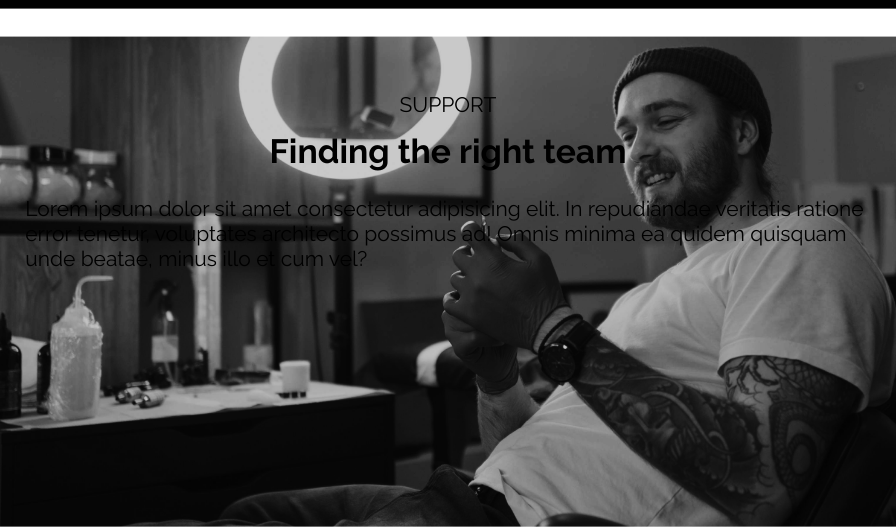
Repository: OmniaRafat232111121/tatto
Page: /
An editor plug-in stored every save of this project. The page is shown before and after a run of saves, followed by the edit.
The browser window is 1280 px wide. The pictures show the part of the page from y = 2185 to 4105 px (the page is 2938 px tall before and 4105 px after), at 70% of full size.
Some web fonts or font styles are not loaded; a fallback is used. The project was rebuilt for these pictures with package versions that can differ from the ones it lists, and the page was loaded fresh each time. Also part of the build but not shown: src/components/GallerySection.js, src/components/Skills.js, src/components/Interview.js, src/components/Testimonial.js, src/components/Contact.js, src/components/Footer.js, src/components/Copyright.js.

Above is the page before, as saved 2022-11-01 03:36:06.

### public/index.html
<!DOCTYPE html>
<html lang="en">
  <head>
    <meta charset="utf-8" />
    <link rel="icon" href="%PUBLIC_URL%/favicon.ico" />
    <meta name="viewport" content="width=device-width, initial-scale=1" />
    <meta name="theme-color" content="#000000" />
    <meta
      name="description"
      content="Web site created using create-react-app"
    />
    <link rel="apple-touch-icon" href="%PUBLIC_URL%/logo192.png" />
    <!--
      manifest.json provides metadata used when your web app is installed on a
      user's mobile device or desktop. See https://developers.google.com/web/fundamentals/web-app-manifest/
    -->
    <link rel="manifest" href="%PUBLIC_URL%/manifest.json" />
    <!--
      Notice the use of %PUBLIC_URL% in the tags above.
      It will be replaced with the URL of the `public` folder during the build.
      Only files inside the `public` folder can be referenced from the HTML.

      Unlike "/favicon.ico" or "favicon.ico", "%PUBLIC_URL%/favicon.ico" will
      work correctly both with client-side routing and a non-root public URL.
      Learn how to configure a non-root public URL by running `npm run build`.
    -->
    <title>Void Tattos</title>
    <!-- google fonts -->
    <link rel="preconnect" href="https://fonts.googleapis.com" />
    <link rel="preconnect" href="https://fonts.gstatic.com" crossorigin />
    <link
      href="https://fonts.googleapis.com/css2?family=Oswald:wght@200;300;400;500;600;700&family=Raleway:ital,wght@0,100;0,200;0,300;0,400;0,500;0,600;0,700;0,800;0,900;1,100;1,200;1,300;1,400;1,500;1,600;1,700;1,800;1,900&family=Rozha+One&display=swap"
      rel="stylesheet"
    />
  </head>
  <body>
    <noscript>You need to enable JavaScript to run this app.</noscript>
    <div id="root"></div>
    <!--
      This HTML file is a template.
      If you open it directly in the browser, you will see an empty page.

      You can add webfonts, meta tags, or analytics to this file.
      The build step will place the bundled scripts into the <body> tag.

      To begin the development, run `npm start` or `yarn start`.
      To create a production bundle, use `npm run build` or `yarn build`.
    -->
  </body>
</html>

### src/index.css
@tailwind base;
@tailwind components;
@tailwind utilities;

/* apply some general styles */
@layer base {
  body {
    @apply font-secondary text-lg text-dark  bg-[#E5E5E5];
  }
  .section {
    @apply py-[40px] lg:py-[160px];
  }
  .link {
    @apply uppercase font-primary tracking-[0.08em];
  }
  .h1 {
    @apply text-[60px] lg:text-[118px] tracking-[-2px] leading-none font-tertiary mb-4;
  }
  .h2 {
    @apply text-[40px] xl:text-[85px] text-dark uppercase font-primary max-w-[236px] leading-none mb-[38px];
  }
  /* buttons */
  .btn {
    @apply font-primary text-lg tracking-[0.08em] uppercase px-[40px] transition-all duration-300 flex items-center gap-x-[10px];
  }
  .btn-sm {
    @apply h-[55px];
  }
  .btn-lg {
    @apply h-[67px];
  }
  .btn-outline {
    @apply border border-white/70 bg-none hover:bg-white hover:text-dark;
  }
  .btn-dark {
    @apply bg-dark hover:bg-dark/90 transition-all text-white;
  }
  .btn-link {
    @apply px-0 h-auto text-dark hover:text-dark/90 transition-all;
  }
}

### src/App.js
import React from 'react';

// import components
import Hero from './components/Hero';
import Header from './components/Header';
import About from './components/About';
import GallerySection from './components/GallerySection';
import Skills from './components/Skills';
import Interview from './components/Interview';
import Testimonial from './components/Testimonial';
import Contact from './components/Contact';
import Footer from './components/Footer';
import Copyright from './components/Copyright';
import Analytics from './components/Analytics';
import Support from './components/Support';
import Flex from './components/flex';

const App = () => {
  return (
    <div className='max-w-[1920px] mx-auto overflow-hidden bg-white'>
      <Header/>
      <Hero />
      <About/>
     <Analytics/>
     <Support/>
     <Flex/>

      {/* <div className='h-[4000px]'></div> */}
    </div>
  );
};

export default App;

### src/components/Hero.js
import React from 'react';
// import data
import { heroData } from '../data';
// import motion
import { motion } from 'framer-motion';
// import variants
import { fadeIn } from '../variants';

const container = {
  hidden: {},
  show: {
    transition: {
      staggerChildren: 0.1,
      delayChildren: 0.6,
    },
  },
};
const Hero = () => {
  //destructring
  const {title,subtitle,btnText,btnIcon}=heroData;
  return (
   <section className='bg-hero bg-cover min-h-[40vh] lg:h-[984px] bg-no-repeat relative mt-[120px] lg:mt-[150px]'>
   <motion.div variants={container}
   initial='hidden'
   whileInView={'show'}
   className='container mx-auto min-h-[40vh]min-h-[40vh] lg:h-full flex items-center justify-center xl:justify-end'
   >
   {/*text&btn*/}
   <div className='text-white text-center lg:text-left lg:max-w-[640px]'>
   <motion.h1
   variants={fadeIn('up')}
   className='h1'>
     {title}
   </motion.h1>
   <motion.p
   variants={fadeIn('down')}
   className='mb-8 lg:mb-16 max-w-lg leading-relaxed sm:p-3'
 >
   {subtitle}
 </motion.p>
 {/*btn*/}
 <motion.div
 variants={fadeIn('down')}
 className='flex'
 >
 <button className='btn btn-sm lg:btn-lg  sm:btn-sm btn-outline flex items-center justify-center max-auto lg:mx-0 sm:p-4 text-center'>
 {btnText}
 <div className='text-xl'>{btnIcon}</div>
 </button>
 </motion.div>
   </div>
   </motion.div>
       {/* outline text */}
   </section>
  )
}

export default Hero

### src/components/Header.js
import React, { useState, useEffect } from 'react';
// import header data
import { headerData } from '../data';
// import components
import Nav from './Nav';
import NavMobile from './NavMobile';
import Socials from './Socials';
// import icons
import { TiThMenuOutline } from 'react-icons/ti';

const Header = () => {
const {logo}=headerData;
const [isActive,setIsActive]=useState(false);
const [navMobile,setNavMobile]=useState(false);
//scrollevent
useEffect(()=>{
  window.addEventListener('scroll',()=>{
    window.scrollY >50 ?setIsActive(true):setIsActive(false)
  })
})
  return (
    <header
      className={`${
        isActive ? 'h-[100px] lg:h-[110px] bg-black text-gray-300': 'h-[120px] lg:h-[150px] '
      }  bg-white fixed left-0 right-0 z-10 max-w-full w-full mx-auto transition-all duration-300`}
      >
      <div className='flex justify-between items-center h-full pl-[50px] pr-[60px]'>
        {/* logo */}
        <a href='/'>
          <img className='w-[150-px] h-[90px]' src={logo} alt='' />
        </a>
        {/* nav - initially is hidden - show on desktop*/}
        <div className='hidden xl:flex'>
          <Nav />
        </div>
         {/* nav menu btn - is showing by default - hidden on desktop mode */}
         <div
         onClick={()=>setNavMobile(!navMobile)}
         className='xl:hidden absolute right-[5%] bg-dark p-2 rounded-md cursor-pointer'

       >
         <TiThMenuOutline className='text-3xl text-white' />
       </div>

       <div
          className={`${navMobile ? 'max-h-full' : 'max-h-0 overflow-hidden'} ${
            isActive
              ? 'top-[100px] lg:top-[110px]'
              : 'top-[120px] lg:top-[150px]'
          } fixed left-0 -z-10 w-full h-full bg-white transition-all duration-300`}
        >
          <NavMobile />
        </div>

           {/* social icons - initially hidden - is showing on desktop mode */}
           <div className='hidden xl:flex'>
           <Socials />
         </div>

        </div>
    </header>
  );
};

export default Header

### src/components/About.js
import React from 'react';
import { aboutData } from '../data';
// import variants
import { fadeIn } from '../variants';
//import about data
import {motion} from 'framer-motion'
const About = () => {
  // destructure about data
  const { title, subtitle1, subtitle2, btnText, btnIcon } = aboutData;
  return (
    <section className=' xl:pb-[160px] lg:py-[16px] md:py-[30px]'>
    <div className='container mx-auto'>
    <div className='flex flex-col lg:flex-row gap-x-[70px] items-center'>
    {/*number*/}
    <motion.div
    variants={fadeIn('left')}
    initial='hidden'
    whileInView={'show'}
    viewport={{ once: false, amount: 0.8 }}
    className='flex '>
        <div className='text-[360px] xl:text-[720px] leading-none font-tertiary lg:-tracking-[0.055em] bg-about bg-no-repeat bg-right bg-clip-text text-transparent'>
            01
          </div>

    </motion.div>


    <motion.div
    variants={fadeIn('right')}
    initial='hidden'
    whileInView={'show'}
    viewport={{ once: false, amount: 0.9 }}
    className='flex h-full xl:mt-48 '>
    <br/>
    <h2 className='h2'>{title}</h2>
    <div className='flex flex-col items-end'>
    <div className='max-w-[530px] text-grey'>
                <p className='mb-6'>{subtitle1}</p>
                <p className='mb-9'>{subtitle2}</p>
                <button className='btn btn-lg btn-link'>
                  {btnText}
                  <div className='text-xl'>{btnIcon}</div>
                </button>
              </div>
    </div>
    </motion.div>

    </div>
    </div>
    </section>
  );
};

export default About;

### src/components/Analytics.js
import React from 'react'
import hero from '../img/gallery/1.png'
const Analytics = () => {
  return (
    <div className='w-full items-center bg-black p-20'>
  <div className='mx-auto grid lg:grid-cols-2 md:grid-cols-3'>
  <img src={hero} className="w-[600px] sm:w-[600px]"/>
  <div className='font-tertiary flex flex-col justify-center md:py-5 sm:p-6 '>
  <p className='text-[#ecfff8] font-bold sm:w-[500px] sm:p-6'>DATA Tattos</p>
  <h1 className='text-[#ecfff8] md:text-2xl sm:w-[500px] sm:text-xl text-lg font-bold py-2 sm:p-6'>Manage Data Gathering from People</h1>
  <p className='text-[#ecfff8] sm:w-[500px]  text-leading md:text-2xl sm:text-xl font-extralight md:p-10 sm:py-10'>
    Lorem ipsum dolor sit amet consectetur adipisicing elit. Voluptatum
    molestiae delectus culpa hic assumenda, voluptate reprehenderit
    dolore autem cum ullam sed odit perspiciatis. Doloribus quos velit,
    eveniet ex deserunt fuga?
  </p>
  <button className='bg-white text-[#000]  md:w-[300px]   sm:w-[500px]  rounded-md font-medium py-2 hover:bg-black hover:text-white'>Get Started</button>

  </div>
  </div>
    </div>
  )
}

export default Analytics

### src/components/Support.js
import React from 'react'
import support from '../img/interview/bg.png'
const Support = () => {
  return (
    <div  name="support" className='w-full mt-[40px] ' >
      <div className='bg-black-200/25 w-full h-[700px] absolute'>
      <img src={support} className=" mix-blend-normal w-full h-full object-cover" />
      </div>
      <div className=' max-w-[1240px] text-black mx-auto relative'>
      <div className='px-4 py-12'>
      <h2 className='text-3xl pt-8 text-black uppercase text-center'>Support</h2>
      <h3 className='text-5xl font-bold py-6 text-center'>Finding the right team</h3>
      <p className='py-4 text-3xl text-black '>Lorem ipsum dolor sit amet consectetur adipisicing elit. In repudiandae veritatis ratione error tenetur, voluptates architecto possimus ad! Omnis minima ea quidem quisquam unde beatae, minus illo et cum vel?</p>
  </div>
      </div>


    </div>
  )
}

export default Support

### src/components/flex.js
import React from 'react'

const Flex = () => {
  return (
    <div className='container h-full'>
    <div className='max-w-[1240px] mx-auto grid md:grid-cols-3 gap-8'>
    <div className='flex flex-cols w-full rounded-lg hover:scale-100 duration-200'>
    <h2 className='text-2xl font-bold text-center py-8'>Single User</h2>
              <p className='text-center text-4xl font-bold'>$149</p>
              <div className='text-center font-medium'>
              <p className='py-2 border-b mx-8 mt-8'>500 GB Storage</p>
              <p className='py-2 border-b mx-8'>1 Granted User</p>
              <p className='py-2 border-b mx-8'>Send up to 2 GB</p>
          </div>
    </div>
    <button className='bg-[#00df9a] w-[200px] rounded-md font-medium my-6 mx-auto px-6 py-3'>Start Trial</button>
    </div>
    </div>
  )
}

export default Flex

### src/data.js
// import images
import Logo from '../src/img/header/logo.svg';
import GalleryImg1 from '../src/img/gallery/1.png';
import GalleryImg2 from '../src/img/gallery/2.png';
import GalleryImg3 from '../src/img/gallery/3.png';
import GalleryImg4 from '../src/img/gallery/4.png';
import GalleryImg5 from '../src/img/gallery/5.png';
import GalleryImg6 from '../src/img/gallery/6.png';
import GalleryImg7 from '../src/img/gallery/7.png';
import GalleryImg8 from '../src/img/gallery/8.png';
import QuoteImg from '../src/img/testimonial/quote.svg';
// import icons
import { GrFacebookOption } from 'react-icons/gr';
import { IoMdArrowForward } from 'react-icons/io';
import { FiSend } from 'react-icons/fi';
import { FaPlay, FaMapMarkerAlt, FaPhoneAlt, FaEnvelope } from 'react-icons/fa';
import {
  IoLogoInstagram,
  IoLogoPinterest,
  IoLogoTwitter,
  IoLogoYoutube,
} from 'react-icons/io';

export const headerData = {
  logo: Logo,
};

export const navData = {
  items: [
    { href: '/', name: 'Home' },
    { href: '/', name: 'About' },
    { href: '/', name: 'Data' },
    { href: '/', name: 'Support' },
    { href: '/', name: 'Gallery' },
    { href: '/', name: 'Interview' },
    { href: '/', name: 'Articles' },
    { href: '/', name: 'Contact' },
  ],
};

export const socialData = [
  { href: '/', icon: <GrFacebookOption /> },
  { href: '/', icon: <IoLogoInstagram /> },
  { href: '/', icon: <IoLogoPinterest /> },
  { href: '/', icon: <IoLogoTwitter /> },
  { href: '/', icon: <IoLogoYoutube /> },
];

export const heroData = {
  title: 'I’m Void Sir.',
  subtitle:
    'Tattoos have their own unique power and magic. They not only beautify the body but also the psyche.',
  btnText: 'read more',
  btnIcon: <IoMdArrowForward />,
};

export const aboutData = {
  title: 'My Story:',
  subtitle1:
    'In velit arcu posuere integer. Dolor sit amet, consectetur nun adipiscing elit. Duis porttitor massa tellus hac vel ante sit sed scelerisque praesent duis volutpat laoreet.',
  subtitle2:
    'Nisl, sit molestie commodo congue. Etiam lectus risus in amet. Commodo molestie fames etiam aenean sed. Pellentesque et venenatis amet, tellus hac vel adipiscing sit. Placerat vitae nisl viverra faucibus tincidunt habitasse amet. Nunc, velit nunc, scelerisque imperdiet nunc.',
  btnText: 'Know more',
  btnIcon: <IoMdArrowForward />,
};

export const galleryData = {
  title: 'Check my gallery:',
  btnText: 'View all',
  btnIcon: <IoMdArrowForward />,
  images: [
    {
      src: GalleryImg1,
      original: GalleryImg1,
      width: 465,
      height: 412,
    },
    {
      src: GalleryImg2,
      original: GalleryImg2,
      width: 465,
      height: 540,
    },
    {
      src: GalleryImg3,
      original: GalleryImg3,
      width: 465,
      height: 412,
    },
    {
      src: GalleryImg4,
      original: GalleryImg4,
      width: 465,
      height: 540,
    },
    {
      src: GalleryImg5,
      original: GalleryImg5,
      width: 465,
      height: 540,
    },
    {
      src: GalleryImg6,
      original: GalleryImg6,
      width: 464,
      height: 412,
    },
    {
      src: GalleryImg7,
      original: GalleryImg7,
      width: 465,
      height: 540,
    },
    {
      src: GalleryImg8,
      original: GalleryImg8,
      width: 465,
      height: 412,
    },
  ],
};

export const interviewData = {
  title:
    '“Consider what you desire. Your tattoo artist will never tell you what tattoo to have.”',
  btnText: 'Watch it now',
  btnIcon: <FaPlay />,
};

export const testimonialData = [
  {
    quoteImg: QuoteImg,
    message:
      "The entire team is extremely kind and friendly. They're fantastic. They're great at what they do! And it's unique.They will properly consult with you.",
    name: 'Jack Geoffrey',
    occupation: 'Tattoo Artist',
  },
  {
    quoteImg: QuoteImg,
    message:
      'Lorem ipsum dolor sit amet consectetur adipisicing elit. Magnam culpa asperiores officia natus dignissimos autem possimus molestias aperiam?',
    name: 'Douglas Hane',
    occupation: 'Tattoo Artist',
  },
];

export const contactData = {
  title: 'Get in touch with me:',
  info: [
    {
      title: 'LA office',
      subtitle:
        'In velit arcu posuere integer sit amet, consectetur nun adipiscing elit. Duis porttitor massa tellus',
      address: {
        icon: <FaMapMarkerAlt />,
        name: '784 Norman Street, Los Angeles',
      },
      phone: {
        icon: <FaPhoneAlt />,
        number: '+49 93 30493943',
      },
      email: {
        icon: <FaEnvelope />,
        address: 'contact@yourcompany.com',
      },
      link: 'Get location',
    },
    {
      title: 'NYC office',
      subtitle:
        'Sit amet, consectetur nun in velit arcu posuere integer. Adipiscing elit duis porttitor massa tellus',
      address: {
        icon: <FaMapMarkerAlt />,
        name: '1630 Elm Drive, New York City',
      },
      phone: {
        icon: <FaPhoneAlt />,
        number: '+49 34 36573355',
      },
      email: {
        icon: <FaEnvelope />,
        address: 'contact@yourcompany.com',
      },
      link: 'Get location',
    },
  ],
  form: {
    name: 'Write your name here',
    email: 'Write your email address',
    message: 'Write your messages here',
    btnText: 'Send it',
  },
};

export const footerData = {
  about: {
    title: 'About void tattoo',
    subtitle:
      'Sit amet, consectetur nun in velit arcu posuere integer. Adipiscing elit duis porttitor massa tellus',
    address: {
      icon: <FaMapMarkerAlt />,
      name: '1630 Elm Drive, New York City',
    },
    phone: {
      icon: <FaPhoneAlt />,
      number: '+49 34 36573355',
    },
    email: {
      icon: <FaEnvelope />,
      address: 'contact@yourcompany.com',
    },
  },
  links: {
    title: 'Useful links',
    items: [
      { href: '/', name: 'About me' },
      { href: '/', name: 'My gallery' },
      { href: '/', name: 'My services' },
      { href: '/', name: 'Contact me' },
    ],
  },
  program: {
    title: 'Working Time',
    items: [
      { name: 'Mon - Tue / Appointment' },
      { name: 'Wed - Fri / 10:00 - 9:00pm' },
      { name: 'Sat / 10:00 - 6:00pm' },
      { name: 'Sun / no work on this day' },
    ],
  },
  newsletter: {
    title: 'Newsletter',
    subtitle:
      'Elit duis porttitor massa tellus nun in velit arcu posuere integer.',
    form: {
      placeholder: 'Your email address',
      icon: <FiSend />,
    },
  },
};

### src/variants.js
// fadeIn function
export const fadeIn = (direction) => {
  return {
    hidden: {
      y: direction === 'up' ? 80 : direction === 'down' ? -80 : 0,
      opacity: 0,
      x: direction === 'left' ? 80 : direction === 'right' ? -80 : 0,
    },
    show: {
      y: 0,
      x: 0,
      opacity: 1,
      transition: {
        type: 'tween',
        duration: 1.4,
        ease: [0.25, 0.25, 0.25, 0.75],
      },
    },
  };
};

### src/components/Nav.js
import React from 'react';
 import {navData} from '../data'
const Nav = () => {
  const {items}=navData;
  return (
<nav>
<ul className='flex justify-center items-center gap-x-[30px]'>
{items.map((item,index)=>{
  return(
    <li key={index}>
    <a className='link hover-b-2 hover:border-dark transtion duration-500'>
    {item.name}
    </a>
    </li>
  )
})}
</ul>
</nav>
  );
};

export default Nav;

### src/components/NavMobile.js
import React from 'react';
import Socials from './Socials';
import { navData } from '../data';
const NavMobile = () => {
  //Destructring Data
  const {items}=navData;
  return (
    <nav className='w-full flex flex-col justify-between'>
    <ul className='flex flex-col justify-center items-center'>
   {items.map((item,index)=>{
    return(
      <li key={index}>
      <a className='text-2xl font-primary uppercase' href={item.href}>
        {item.name}
      </a>
    </li>
    )
   })
   }
    </ul>
    <div className='text-2xl'>
    <Socials/>
    </div>
    </nav>

  );
};

export default NavMobile;

### src/components/Socials.js
import React from 'react';
import { socialData } from '../data';
const Socials = () => {
  return (
    <ul className='flex justify-center items-center gap-x-[30px]'>
    {socialData.map((item, index) => {
      return (
        <li key={index}>
          <a className=' font-primary uppercase' href={item.href}>
            {item.icon}
          </a>
        </li>
      );
    })}
    </ul>

  );
};

export default Socials;

### tailwind.config.js
/** @type {import('tailwindcss').Config} */
module.exports = {
  content: ['./src/**/*.{js,jsx,ts,tsx}'],
  theme: {
    fontFamily: {
      primary: 'Oswald',
      secondary: 'Raleway',
      tertiary: 'Rozha One',
    },
    container: {
      padding: {
        DEFAULT: '20px',
        lg: '0',
      },
    },
    screens: {
      sm: '640px',
      md: '768px',
      lg: '1024px',
      xl: '1300px',
    },
    extend: {
      colors: {
        dark: '#111111',
        grey: {
          DEFAULT: '#555555',
        },
      },
      backgroundImage: {
        hero: "url('/src/img/hero/bg.jpg')",
        about: "url('/src/img/about/image.png')",
        interview: "url('/src/img/interview/bg.png')",
      },
      content: {
        outlineText: 'url("/src/img/hero/outline-text.svg")',
      },
    },
  },
  plugins: [],
};

### src/components/Flex.js
import React from 'react'

const Flex = () => {
  return (
    <div className=' h-full bg-black text-white border-white py-[30rem] w-full px-[30px] mt-[40px]'>
    <div className='max-w-[1240px] mx-auto grid md:grid-cols-3 gap-8 bg-white text-black'>
    <div className='w-full  h-full shadow-xl flex flex-col p-4 my-4 rounded-lg hover:scale-105 duration-300'>
    <h2 className='text-2xl font-bold text-center py-8'>Single tatto</h2>
              <p className='text-center text-4xl font-bold'>$149</p>
              <div className='text-center font-medium'>
              <p className='py-2 border-b mx-8 mt-8'>500 GB Storage</p>
              <p className='py-2 border-b mx-8'>1 Granted User</p>
              <p className='py-2 border-b mx-8'>Send up to 2 GB</p>
          </div>
          <button className='bg-[#020303] text-white w-[200px] rounded-md font-medium my-6 mx-auto px-6 py-3'>Start Trial</button>
    </div>
    <div className='w-full shadow-xl flex flex-col p-4 my-4 rounded-lg hover:scale-105 duration-300'>
    <h2 className='text-2xl font-bold text-center py-8'>Two tatto</h2>
              <p className='text-center text-4xl font-bold'>$249</p>
              <div className='text-center font-medium'>
              <p className='py-2 border-b mx-8 mt-8'>500 GB Storage</p>
              <p className='py-2 border-b mx-8'>1 Granted User</p>
              <p className='py-2 border-b mx-8'>Send up to 2 GB</p>
          </div>
          <button className='bg-[#020303]  text-white w-[200px] rounded-md font-medium my-6 mx-auto px-6 py-3'>Start Trial</button>
    </div>
    <div className='w-full shadow-xl flex flex-col p-4 my-4 rounded-lg hover:scale-105 duration-300'>
    <h2 className='text-2xl font-bold text-center py-8'>Three tatto</h2>
              <p className='text-center text-4xl font-bold'>349</p>
              <div className='text-center font-medium'>
              <p className='py-2 border-b mx-8 mt-8'>500 GB Storage</p>
              <p className='py-2 border-b mx-8'>1 Granted User</p>
              <p className='py-2 border-b mx-8'>Send up to 2 GB</p>
          </div>
          <button className='bg-[#020303]  text-white w-[200px] rounded-md font-medium my-6 mx-auto px-6 py-3'>Start Trial</button>
    </div>
    </div>
    </div>
  )
}

export default Flex

Loaded but not shown: src/index.js (common file)

After the next 2 saves:
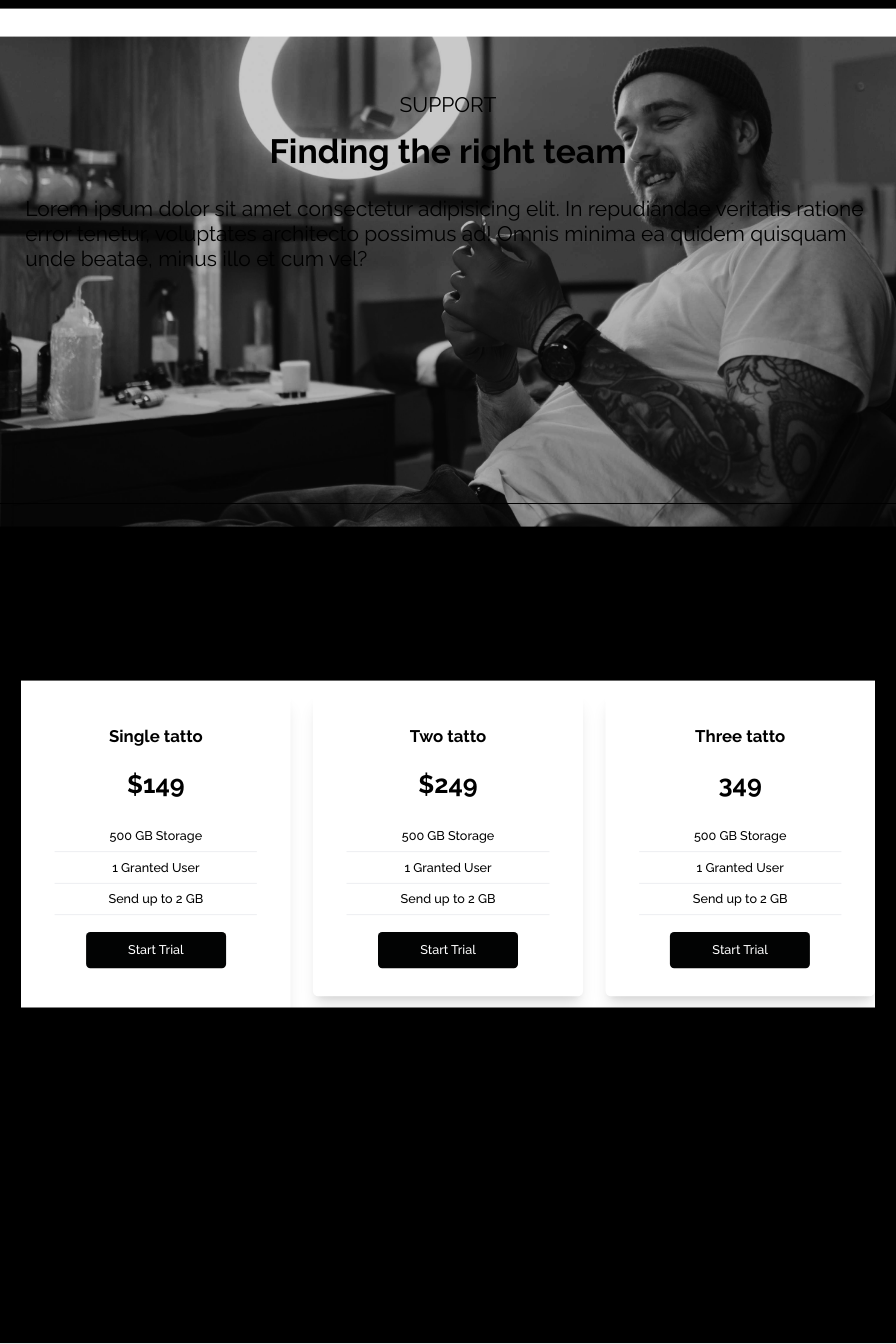
The 2 saves are shown as one change because they came seconds apart.
The last was saved 13 s later.
--- a/src/App.js
+++ b/src/App.js
@@ -13,7 +13,7 @@ import Footer from './components/Footer';
 import Copyright from './components/Copyright';
 import Analytics from './components/Analytics';
 import Support from './components/Support';
-import Flex from './components/flex';
+import Flex from './components/Flex';
 
 const App = () => {
   return (
